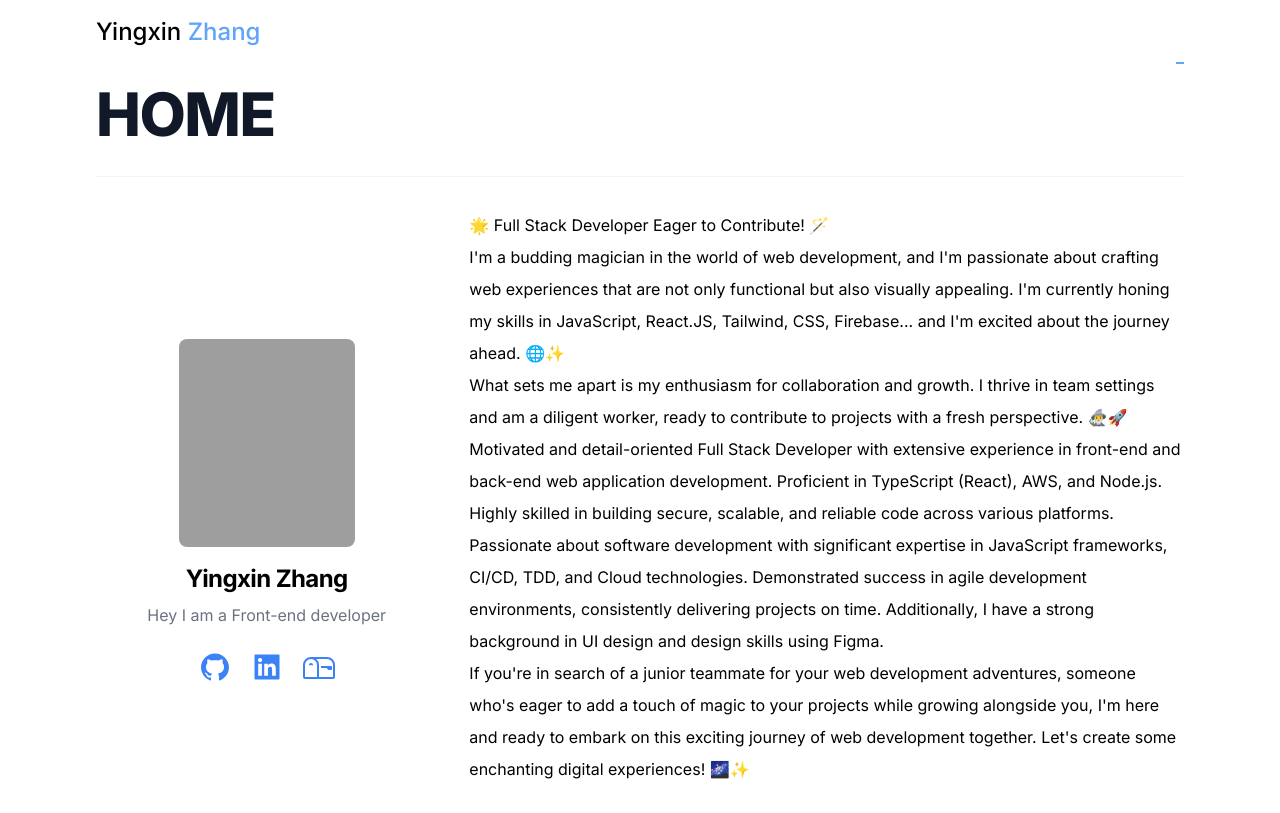
Repository: Tracy-maker/projects_collection
Page: /
The author's editor kept a copy of each file at every save. The page is drawn from the files as they stood at one save, then again after the next save.
The browser window is 1280 px wide. The pictures show the whole page.
Pictures or frames that could not be fetched are drawn as grey boxes. The project was rebuilt for these pictures with package versions that can differ from the ones it lists, and the page was loaded fresh each time. The framework's server and built-in components were replaced by stand-ins that run in the browser. Also part of the build but not shown: next.config.js.

Above is the page before, as saved 2024-07-14 14:02:33.

### app/layout.tsx
import "./globals.css";
import type { Metadata } from "next";
import { Inter } from "next/font/google";
import Navbar from "./components/NavBar";
import { Provider } from "./components/Provider";

const inter = Inter({ subsets: ["latin"] });

export const metadata: Metadata = {
  title: "Projects Collection",
  description: "project list",
};

export default function RootLayout({
  children,
}: {
  children: React.ReactNode;
}) {
  return (
    <html lang="en" suppressHydrationWarning>
      <body
        className={`${inter.className} bg-white text-black dark:bg-[#090908] dark:text-white h-full selection:bg-gray-500 dark:selection:bg-gray-800`}
      >
        <Provider>
          <Navbar />
          <main className="max-w-6xl mx-auto px-6 sm:px-8 lg:px-8">
            {children}
          </main>
        </Provider>
      </body>
    </html>
  );
}

### app/page.tsx
import Image from "next/image";
import myImage from "./utils/1.png";

export default function Home() {
  return (
    <div className="divide-y divide-gray-100 dark:divide-gray-700">
      <div className="space-y-2 pt-5 pb-8 md:space-x-5">
        <h1 className="text-3xl font-extrabold leading-9 tracking-tight text-gray-900 dark:text-gray-100 sm:text-4xl sm:leading-10 md:text-6xl md:leading-13">
          HOME
        </h1>
      </div>
      <div className="items-center space-y-2 xl:grid xl:grid-cols-3 xl:gap-x-8 xl:space-y-0">
        <div className="flex flex-col items-center pt-8">
          <Image
            alt="picture of my"
            src="https://i.ibb.co/MRHHtS5/Wechat-IMG7.jpg"
            width={700}
            height={500}
            className="h-52 w-44  rounded-lg object-cover object-top"
          />
          <h3 className="pt-4 pb-2 text-2xl font-bold leading-8 tracking-tight">
            Yingxin Zhang
          </h3>
          <p className="text-gray-500 dark:text-gray-300 text-center">
            Hey I am a Front-end developer
          </p>
          <div className="flex space-x-5 pt-6">
            <a href="https://github.com/Tracy-maker" target="_blank">
              <svg
                viewBox="0 0 1024 1024"
                fill="currentColor"
                className="w-8 h-8 text-blue-500"
              >
                <path d="M511.6 76.3C264.3 76.2 64 276.4 64 523.5 64 718.9 189.3 885 363.8 946c23.5 5.9 19.9-10.8 19.9-22.2v-77.5c-135.7 15.9-141.2-73.9-150.3-88.9C215 726 171.5 718 184.5 703c30.9-15.9 62.4 4 98.9 57.9 26.4 39.1 77.9 32.5 104 26 5.7-23.5 17.9-44.5 34.7-60.8-140.6-25.2-199.2-111-199.2-213 0-49.5 16.3-95 48.3-131.7-20.4-60.5 1.9-112.3 4.9-120 58.1-5.2 118.5 41.6 123.2 45.3 33-8.9 70.7-13.6 112.9-13.6 42.4 0 80.2 4.9 113.5 13.9 11.3-8.6 67.3-48.8 121.3-43.9 2.9 7.7 24.7 58.3 5.5 118 32.4 36.8 48.9 82.7 48.9 132.3 0 102.2-59 188.1-200 212.9a127.5 127.5 0 0138.1 91v112.5c.8 9 0 17.9 15 17.9 177.1-59.7 304.6-227 304.6-424.1 0-247.2-200.4-447.3-447.5-447.3z" />
              </svg>
            </a>
            <a
              href="https://www.linkedin.com/in/yingxin-zhang-ba1028212/"
              target="_blank"
            >
              <svg
                viewBox="0 0 1024 1024"
                fill="currentColor"
                className="w-8 h-8 text-blue-500"
              >
                <path d="M880 112H144c-17.7 0-32 14.3-32 32v736c0 17.7 14.3 32 32 32h736c17.7 0 32-14.3 32-32V144c0-17.7-14.3-32-32-32zM349.3 793.7H230.6V411.9h118.7v381.8zm-59.3-434a68.8 68.8 0 1168.8-68.8c-.1 38-30.9 68.8-68.8 68.8zm503.7 434H675.1V608c0-44.3-.8-101.2-61.7-101.2-61.7 0-71.2 48.2-71.2 98v188.9H423.7V411.9h113.8v52.2h1.6c15.8-30 54.5-61.7 112.3-61.7 120.2 0 142.3 79.1 142.3 181.9v209.4z" />
              </svg>
            </a>

            <a href="mailto:ydlvns@gmail.com" target="_blank">
              <svg
                fill="currentColor"
                viewBox="0 0 16 16"
                className="w-8 h-8 text-blue-500"
              >
                <path d="M4 4a3 3 0 00-3 3v6h6V7a3 3 0 00-3-3zm0-1h8a4 4 0 014 4v6a1 1 0 01-1 1H1a1 1 0 01-1-1V7a4 4 0 014-4zm2.646 1A3.99 3.99 0 018 7v6h7V7a3 3 0 00-3-3H6.646z" />
                <path d="M11.793 8.5H9v-1h5a.5.5 0 01.5.5v1a.5.5 0 01-.5.5h-1a.5.5 0 01-.354-.146l-.853-.854zM5 7c0 .552-.448 0-1 0s-1 .552-1 0a1 1 0 012 0z" />
              </svg>
            </a>
          </div>
        </div>
        <div className="prose max-w-none prose-lg pt-8 pb-7 leading-loose dark:prose-invert xl:col-span-2">
        <p>🌟 Full Stack Developer Eager to Contribute! 🪄</p>
<p>
  I&apos;m a budding magician in the world of web development, and I&apos;m
  passionate about crafting web experiences that are not only functional but also visually appealing. I&apos;m currently honing my skills in JavaScript, React.JS, Tailwind, CSS, Firebase... and I&apos;m excited about the journey ahead. 🌐✨
</p>
<p>
  What sets me apart is my enthusiasm for collaboration and growth.
  I thrive in team settings and am a diligent worker, ready to contribute to projects with a fresh perspective. 🧙‍♂️🚀
</p>
<p>
  Motivated and detail-oriented Full Stack Developer with extensive experience in front-end and back-end web application development. Proficient in TypeScript (React), AWS, and Node.js. Highly skilled in building secure, scalable, and reliable code across various platforms. Passionate about software development with significant expertise in JavaScript frameworks, CI/CD, TDD, and Cloud technologies. Demonstrated success in agile development environments, consistently delivering projects on time. Additionally, I have a strong background in UI design and design skills using Figma.
</p>
<p>
  If you&apos;re in search of a junior teammate for your web
  development adventures, someone who&apos;s eager to add a touch of
  magic to your projects while growing alongside you,
  I&apos;m here and ready to embark on this exciting journey of web
  development together. Let&apos;s create some enchanting digital
  experiences! 🌌✨
</p>


        </div>
      </div>
    </div>
  );
}

### app/components/NavBar.tsx
"use client";

import Link from "next/link";
import { usePathname } from "next/navigation";

export default function Navbar() {
  let pathname = usePathname() || "/";
  return (
    <div className="max-w-6xl mx-auto px-4 sm:px-6 lg:px-8">
      <div className="flex justify-between h-16">
        <div className="flex justify-between w-full">
          <div className="flex items-center">
            <Link href="/">
              <h1 className="text-2xl font-medium">
                Yingxin <span className="text-blue-400">Zhang</span>
              </h1>
            </Link>
          </div>

          <div className="hidden sm:ml-6 sm:flex sm:space-x-8 sm:items-center">
            <Link
              href="/"
              prefetch
              className={`${
                pathname === "/"
                  ? "border-blue-400 dark:text-white h-full inline-flex items-center px-1 pt-1 border-b-2 text-sm font-medium"
                  : "border-transparent text-gray-500 dark:text-gray-300 dark:hover:text-white inline-flex items-center px-1 pt-1 border-b-2 text-sm font-medium"
              }`}
            ></Link>
          </div>
        </div>
      </div>
    </div>
  );
}

### app/components/Provider.tsx
"use client";

import { ThemeProvider } from "next-themes";
import { ReactNode } from "react";

export function Provider({ children }: { children: ReactNode }) {
  return <ThemeProvider>{children}</ThemeProvider>;
}

### tailwind.config.ts
import type { Config } from "tailwindcss";

const config: Config = {
  content: [
    "./pages/**/*.{js,ts,jsx,tsx,mdx}",
    "./components/**/*.{js,ts,jsx,tsx,mdx}",
    "./app/**/*.{js,ts,jsx,tsx,mdx}",
  ],
  darkMode: "class",
  theme: {
    extend: {
      backgroundImage: {
        "gradient-radial": "radial-gradient(var(--tw-gradient-stops))",
        "gradient-conic":
          "conic-gradient(from 180deg at 50% 50%, var(--tw-gradient-stops))",
      },
    },
  },
  plugins: [],
};
export default config;

Loaded but not shown: app/globals.css (common file)

After the next save:
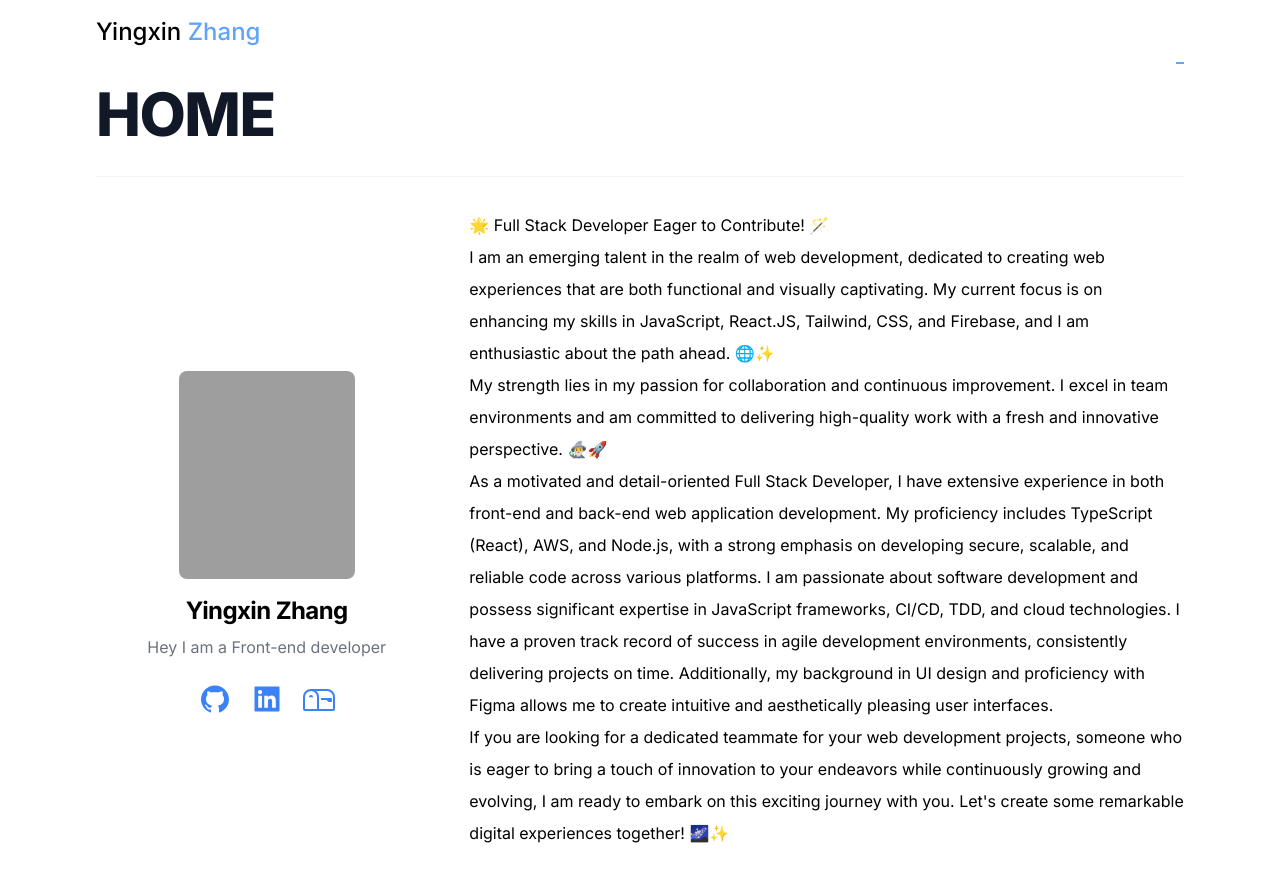
Saved 68 s later.
--- a/app/page.tsx
+++ b/app/page.tsx
@@ -62,24 +62,18 @@ export default function Home() {
         <div className="prose max-w-none prose-lg pt-8 pb-7 leading-loose dark:prose-invert xl:col-span-2">
         <p>🌟 Full Stack Developer Eager to Contribute! 🪄</p>
 <p>
-  I&apos;m a budding magician in the world of web development, and I&apos;m
-  passionate about crafting web experiences that are not only functional but also visually appealing. I&apos;m currently honing my skills in JavaScript, React.JS, Tailwind, CSS, Firebase... and I&apos;m excited about the journey ahead. 🌐✨
+  I am an emerging talent in the realm of web development, dedicated to creating web experiences that are both functional and visually captivating. My current focus is on enhancing my skills in JavaScript, React.JS, Tailwind, CSS, and Firebase, and I am enthusiastic about the path ahead. 🌐✨
 </p>
 <p>
-  What sets me apart is my enthusiasm for collaboration and growth.
-  I thrive in team settings and am a diligent worker, ready to contribute to projects with a fresh perspective. 🧙‍♂️🚀
+  My strength lies in my passion for collaboration and continuous improvement. I excel in team environments and am committed to delivering high-quality work with a fresh and innovative perspective. 🧙‍♂️🚀
 </p>
 <p>
-  Motivated and detail-oriented Full Stack Developer with extensive experience in front-end and back-end web application development. Proficient in TypeScript (React), AWS, and Node.js. Highly skilled in building secure, scalable, and reliable code across various platforms. Passionate about software development with significant expertise in JavaScript frameworks, CI/CD, TDD, and Cloud technologies. Demonstrated success in agile development environments, consistently delivering projects on time. Additionally, I have a strong background in UI design and design skills using Figma.
+  As a motivated and detail-oriented Full Stack Developer, I have extensive experience in both front-end and back-end web application development. My proficiency includes TypeScript (React), AWS, and Node.js, with a strong emphasis on developing secure, scalable, and reliable code across various platforms. I am passionate about software development and possess significant expertise in JavaScript frameworks, CI/CD, TDD, and cloud technologies. I have a proven track record of success in agile development environments, consistently delivering projects on time. Additionally, my background in UI design and proficiency with Figma allows me to create intuitive and aesthetically pleasing user interfaces.
 </p>
 <p>
-  If you&apos;re in search of a junior teammate for your web
-  development adventures, someone who&apos;s eager to add a touch of
-  magic to your projects while growing alongside you,
-  I&apos;m here and ready to embark on this exciting journey of web
-  development together. Let&apos;s create some enchanting digital
-  experiences! 🌌✨
+  If you are looking for a dedicated teammate for your web development projects, someone who is eager to bring a touch of innovation to your endeavors while continuously growing and evolving, I am ready to embark on this exciting journey with you. Let&apos;s create some remarkable digital experiences together! 🌌✨
 </p>
+
 
 
         </div>
